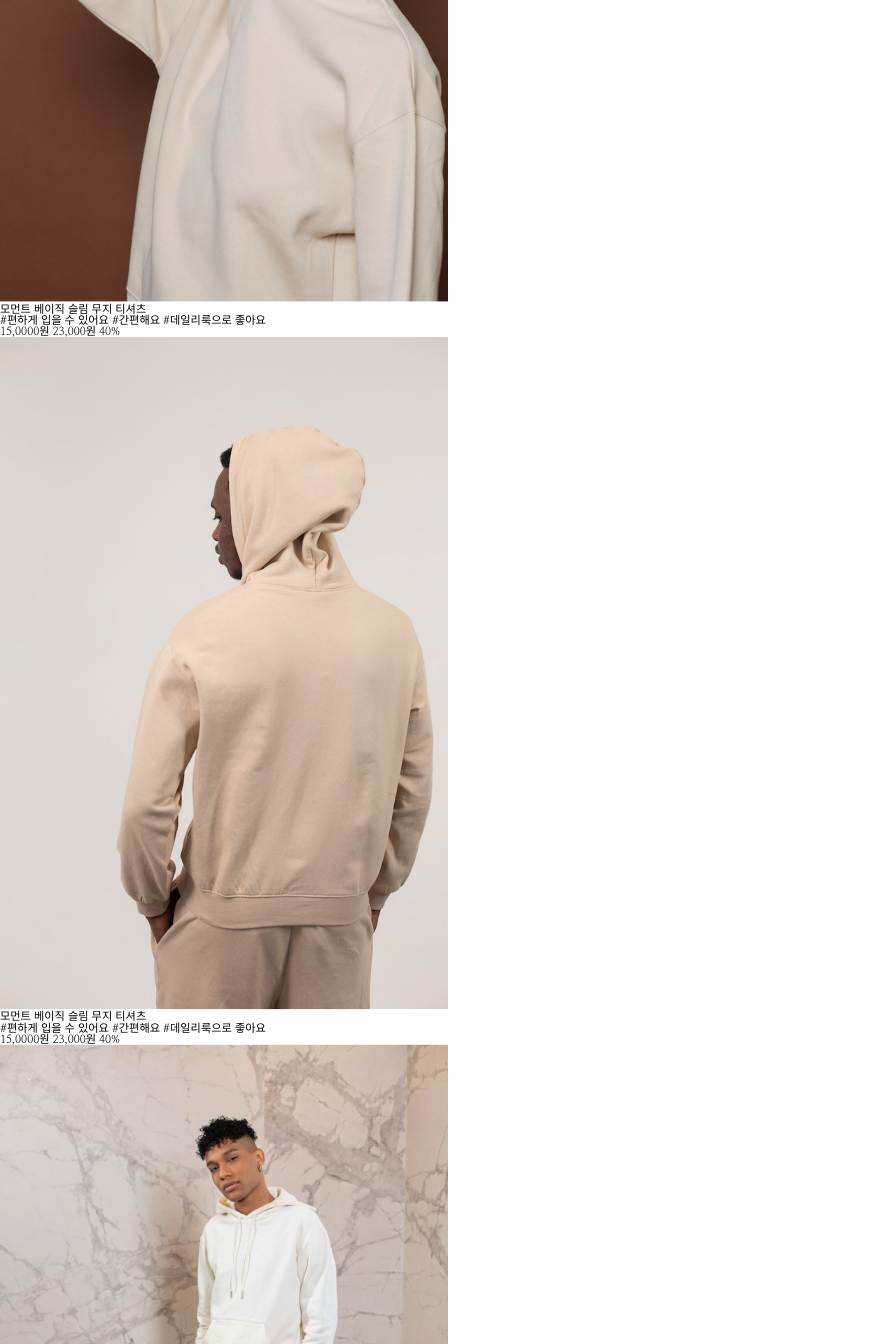
Repository: Iimchaehoon/cafeProject
Page: src/index.html
These files come from the project's save history. The page is drawn as it stood at one moment and after the next save; the edit follows.
The browser window is 1280 px wide. The pictures show the part of the page from y = 1642 to 3562 px (the page is 5156 px tall), at 70% of full size.
Some web libraries are served in a nearby version.

Above is the page before, as saved 2024-07-24 22:02:03.

### src/index.html
<!DOCTYPE html>
<html lang="en">
  <head>
    <meta charset="UTF-8" />
    <meta name="viewport" content="width=device-width, initial-scale=1.0" />
    <link rel="shortcut icon" href="/assets/cafefav.png" type="image/x-icon" />

    <link rel="stylesheet" href="/src/css/pages/main.css" />
    <title>cafe24_clone</title>
    <script
      src="https://kit.fontawesome.com/1e606f2a97.js"
      crossorigin="anonymous"
    ></script>
  </head>
  <body>
    <!--header-->
    <header class="header">
      <div class="header__top">
        <nav class="header__nav-box">
          <ul class="header__list-box">
            <li class="header__content">BRAND</li>
            <li class="header__content">EVENT</li>
            <li class="header__content">LOOKBOOK</li>
            <li class="header__content">COMMUNITY</li>
          </ul>
        </nav>
        <h1 class="header__title">HOON'S SHOP</h1>
        <ul class="header__menu">
          <li class="header__content">
            <i class="fa-solid fa-magnifying-glass fa-lg"></i>
          </li>
          <li class="header__content header__content--badge-price">
            <div class="header__price-badge"><span>+2,000P</span></div>
            <i class="fa-regular fa-user fa-lg"></i>
          </li>
          <li class="header__content header__content--badge-box">
            <div class="header__cart-badge"><span>2</span></div>
            <i class="fa-solid fa-cart-shopping fa-lg"></i>
          </li>
          <li class="header__content">
            <i class="fa-solid fa-bars fa-lg"></i>
          </li>
        </ul>
      </div>

      <div class="header__bottom">
        <ul class="header__category">
          <li class="header__content">BEST</li>
          <li class="header__content">NEW5%</li>
          <li class="header__content">1+1</li>
          <li class="header__content">OUTER</li>
          <li class="header__content">TOP</li>
          <li class="header__content">SHIRTS</li>
          <li class="header__content">DRESS</li>
          <li class="header__content">PANTS</li>
          <li class="header__content">ACC</li>
        </ul>
      </div>
    </header>
    <!-- main  -->
    <main class="main">
      <section class="main__slider">
        <h2 class="main__slider-title">MAN'S CLOTHES</h2>
        <span class="main__slider-btn"
          ><i class="fa-solid fa-chevron-left fa-xl"></i
        ></span>

        <div class="main__slider-container">
          <span class="main__slider-text">STYLE IN EVERY DAY</span>
          <div class="main__slider-image-container">
            <img
              class="main__slider-image"
              src="/assets/main-slider.jpg"
              alt="main-slider_img"
            />
          </div>
          <span class="main__slider-text">FOR SPRING SET-UP</span>
        </div>

        <span class="main__slider-btn"
          ><i class="fa-solid fa-chevron-right fa-xl"></i
        ></span>
        <div class="main__progress-bar">
          <div
            class="main__progress-bar-item main__progress-bar-item--visible"
          ></div>
          <div
            class="main__progress-bar-item main__progress-bar-item--invisible"
          ></div>
          <div
            class="main__progress-bar-item main__progress-bar-item--invisible"
          ></div>
        </div>
      </section>
    </main>
    <!-- section -->
    <section class="main__introduction">
      <div class="main__intro-container-img">
        <img class="main__intro-image" src="/assets/intro-01.jpg" alt="" />
        <div class="main__intro-text-container">
          <h2 class="main__intro-title">OPEN EVENT</h2>
          <span class="main__intro-description">여름옷 30% 할인이벤트</span>
        </div>
      </div>
      <div class="main__intro-container">
        <h2 class="main__intro-title main__intro-title-black">HOON'S SHOP</h2>
        <span class="main__intro-description main__intro-description-black"
          >남자들을 위한 최상의 브랜드샵</span
        >
      </div>
      <div class="main__intro-container-img">
        <img class="main__intro-image" src="/assets/intro-02.jpg" alt="" />

        <div class="main__intro-text-container">
          <h2 class="main__intro-title">가게 위치</h2>
          <span class="main__intro-description"
            >서울시 강서구 양천로 1000길 XX로</span
          >
        </div>
      </div>
      <div class="main__intro-container-img">
        <img class="main__intro-image" src="/assets/intro-03.jpg" alt="" />

        <div class="main__intro-text-container">
          <h2 class="main__intro-title">해시태그</h2>
          <span class="main__intro-description"
            >#남성쇼핑몰 #여름옷 #패션룩</span
          >
        </div>
      </div>
    </section>
    <!-- section2 -->
    <section class="main__month-best">
      <h3 class="main__best-title">Best of the month</h3>
      <span class="main__best-sub-title">이달의 베스트 상품이에요</span>
      <div class="main__best-sub-container">
        <article class="main__best-article">
          <div class="main__article-img-container">
            <img class="main__article-img" src="/assets/best-01.jpg" />
          </div>
          <div class="main__article-container">
            <div
              class="main__article-color-item main__article-color-item--01"
            ></div>
            <div
              class="main__article-color-item main__article-color-item--02"
            ></div>
            <div
              class="main__article-color-item main__article-color-item--03"
            ></div>
            <div
              class="main__article-color-item main__article-color-item--04"
            ></div>
            <div
              class="main__article-color-item main__article-color-item--05"
            ></div>
          </div>
          <div class="main__article-container">
            <h4 class="main__article-product-name">
              모먼트 베이직 슬림 무지 티셔츠
            </h4>
          </div>
          <div class="main__article-container">
            <span class="main__article-product-description">
              #편하게 입을 수 있어요 #간편해요 #데일리룩으로 좋아요
            </span>
          </div>
          <div class="main__article-container">
            <span class="main__article-total-price">15,0000원</span>
            <small class="main__article-previous-price">23,000원</small>
            <span class="main__article-discount-rate">40%</span>
          </div>
        </article>
        <article class="main__best-article">
          <div class="main__article-img-container">
            <img class="main__article-img" src="/assets/best-07.jpg" />
          </div>
          <div class="main__article-container">
            <div
              class="main__article-color-item main__article-color-item--01"
            ></div>
            <div
              class="main__article-color-item main__article-color-item--02"
            ></div>
            <div
              class="main__article-color-item main__article-color-item--03"
            ></div>
            <div
              class="main__article-color-item main__article-color-item--04"
            ></div>
            <div
              class="main__article-color-item main__article-color-item--05"
            ></div>
          </div>
          <div class="main__article-container">
            <h4 class="main__article-product-name">
              모먼트 베이직 슬림 무지 티셔츠
            </h4>
          </div>
          <div class="main__article-container">
            <span class="main__article-product-description">
              #편하게 입을 수 있어요 #간편해요 #데일리룩으로 좋아요
            </span>
          </div>
          <div class="main__article-container">
            <span class="main__article-total-price">15,0000원</span>
            <small class="main__article-previous-price">23,000원</small>
            <span class="main__article-discount-rate">40%</span>
          </div>
        </article>
        <article class="main__best-article">
          <div class="main__article-img-container">
            <img class="main__article-img" src="/assets/best-04.jpg" />
          </div>
          <div class="main__article-container">
            <div
              class="main__article-color-item main__article-color-item--01"
            ></div>
            <div
              class="main__article-color-item main__article-color-item--02"
            ></div>
            <div
              class="main__article-color-item main__article-color-item--03"
            ></div>
            <div
              class="main__article-color-item main__article-color-item--04"
            ></div>
            <div
              class="main__article-color-item main__article-color-item--05"
            ></div>
          </div>
          <div class="main__article-container">
            <h4 class="main__article-product-name">
              모먼트 베이직 슬림 무지 티셔츠
            </h4>
          </div>
          <div class="main__article-container">
            <span class="main__article-product-description">
              #편하게 입을 수 있어요 #간편해요 #데일리룩으로 좋아요
            </span>
          </div>
          <div class="main__article-container">
            <span class="main__article-total-price">15,0000원</span>
            <small class="main__article-previous-price">23,000원</small>
            <span class="main__article-discount-rate">40%</span>
          </div>
        </article>
        <article class="main__best-article">
          <div class="main__article-img-container">
            <img class="main__article-img" src="/assets/best-05.jpg" />
          </div>
          <div class="main__article-container">
            <div
              class="main__article-color-item main__article-color-item--01"
            ></div>
            <div
              class="main__article-color-item main__article-color-item--02"
            ></div>
            <div
              class="main__article-color-item main__article-color-item--03"
            ></div>
            <div
              class="main__article-color-item main__article-color-item--04"
            ></div>
            <div
              class="main__article-color-item main__article-color-item--05"
            ></div>
          </div>
          <div class="main__article-container">
            <h4 class="main__article-product-name">
              모먼트 베이직 슬림 무지 티셔츠
            </h4>
          </div>
          <div class="main__article-container">
            <span class="main__article-product-description">
              #편하게 입을 수 있어요 #간편해요 #데일리룩으로 좋아요
            </span>
          </div>
          <div class="main__article-container">
            <span class="main__article-total-price">15,0000원</span>
            <small class="main__article-previous-price">23,000원</small>
            <span class="main__article-discount-rate">40%</span>
          </div>
        </article>
      </div>
    </section>
  </body>
</html>

### src/css/pages/main.css
@import "../reset.css";
@import "../common.css";
@import "../components/header.css";
@import "../slider.css";
@import "../intro.css";

### src/css/common.css
@import url("https://fonts.googleapis.com/css2?family=Nanum+Gothic&family=Nanum+Myeongjo&display=swap");
body {
  font-family: "Nanum Myeongjo", serif;
  margin: 0;
  padding: 0;
  box-sizing: border-box;
}
ul {
  margin: 0;
}

### src/css/components/header.css
.header {
  height: 20vh;
}
.header__top {
  display: flex;
  justify-content: space-between;
  padding: 20px;
  border-bottom: 1px solid rgba(0, 0, 0, 0.2);
}
.header__nav-box {
  width: 33%;
}
.header__title {
  width: 33%;
  font-size: 35px;
  font-weight: 550;
  text-align: center;
}

.header__list-box {
  display: flex;

  height: 100%;
  align-items: center;
}
.header__menu {
  display: flex;
  align-items: center;
  justify-content: flex-end;

  width: 33%;
}
.header__content {
  margin: 0 20px;
}
/* 아래헤더 */
.header__category {
  display: flex;
  justify-content: center;
  padding: 20px 0;
}
.header__cart-badge {
  background-color: black;
  display: flex;
  justify-content: center;
  align-items: center;
  border-radius: 100%;
  width: 13px;
  height: 13px;
  padding: 2px;
  position: absolute;
  top: -13px;
  right: -13px;
}
.header__content--badge-box {
  position: relative;
}
.header__cart-badge span {
  color: white;
}
.header__content--badge-price {
  position: relative;
}
.header__price-badge {
  background-color: #d5d3cd;
  color: white;
  display: flex;
  justify-content: center;
  align-items: center;
  font-size: 13px;
  border-radius: 5px;
  padding: 2px 4px;
  position: absolute;
  left: 50%;
  transform: translateX(-50%);
  bottom: -20px;
}

### src/css/slider.css
.main__slider {
  display: flex;
  justify-content: space-between;
  align-items: center;
  padding: 30px;
  background-color: #6b6a68;
  position: relative;
  height: 80vh;
  box-sizing: border-box;
}

.main__slider-btn {
  transform: scale(1.5);
  color: white;
}

.main__slider-text {
  color: white;
  font-size: 25px;
  text-shadow: 1px 1px 5px black;
}

.main__slider-container {
  display: flex;
  flex-direction: column;
  align-items: center;
}
.main__slider-image-container {
  width: 300px;
  height: 400px;

  border-top-left-radius: 50%;
  border-top-right-radius: 50%;

  overflow: hidden;
  margin: 15px 0;
}
.main__slider-image {
  width: 100%;
  height: 100%;
  object-fit: cover;
}
.main__slider-title {
  color: white;
  font-weight: 600;
  font-size: 60px;
  text-shadow: 1px 1px 3px black;
  position: absolute;
  top: 50%;
  left: 50%;
  transform: translate(-50%, -50%);
}
.main__progress-bar {
  width: 150px;
  height: 3px;

  position: absolute;
  bottom: 20px;
  left: 50%;
  transform: translateX(-50%);
  display: flex;
}
.main__progress-bar-item {
  height: 100%;
  background-color: white;
  margin: 0 2px;
}
.main__progress-bar-item--visible {
  width: 50%;
}
.main__progress-bar-item--invisible {
  width: 25%;
  opacity: 0.5;
}

### src/css/intro.css
.main__introduction {
  display: flex;
  justify-content: center;
  align-items: center;
  height: 50vh;
}
.main__intro-container-img,
.main__intro-container {
  width: 350px;
  height: 350px;
  overflow: hidden;
  margin: 0 20px;
}
.main__intro-container {
  display: flex;
  flex-direction: column;
  justify-content: center;
  align-items: center;
  background-color: #ebe7df;
}
.main__intro-image {
  width: 100%;
  height: 100%;
  object-fit: cover;
}

.main__intro-container-img {
  position: relative;
}
.main__intro-text-container {
  position: absolute;
  bottom: 20px;
  left: 15px;
}
.main__intro-title {
  color: white;
  font-size: 35px;
  font-weight: 600;
  margin-bottom: 12px;
}
.main__intro-description {
  color: white;
}
.main__intro-title-black {
  color: black;
}
.main__intro-description-black {
  color: black;
}

Loaded but not shown: src/css/reset.css (common file)

After the next save:
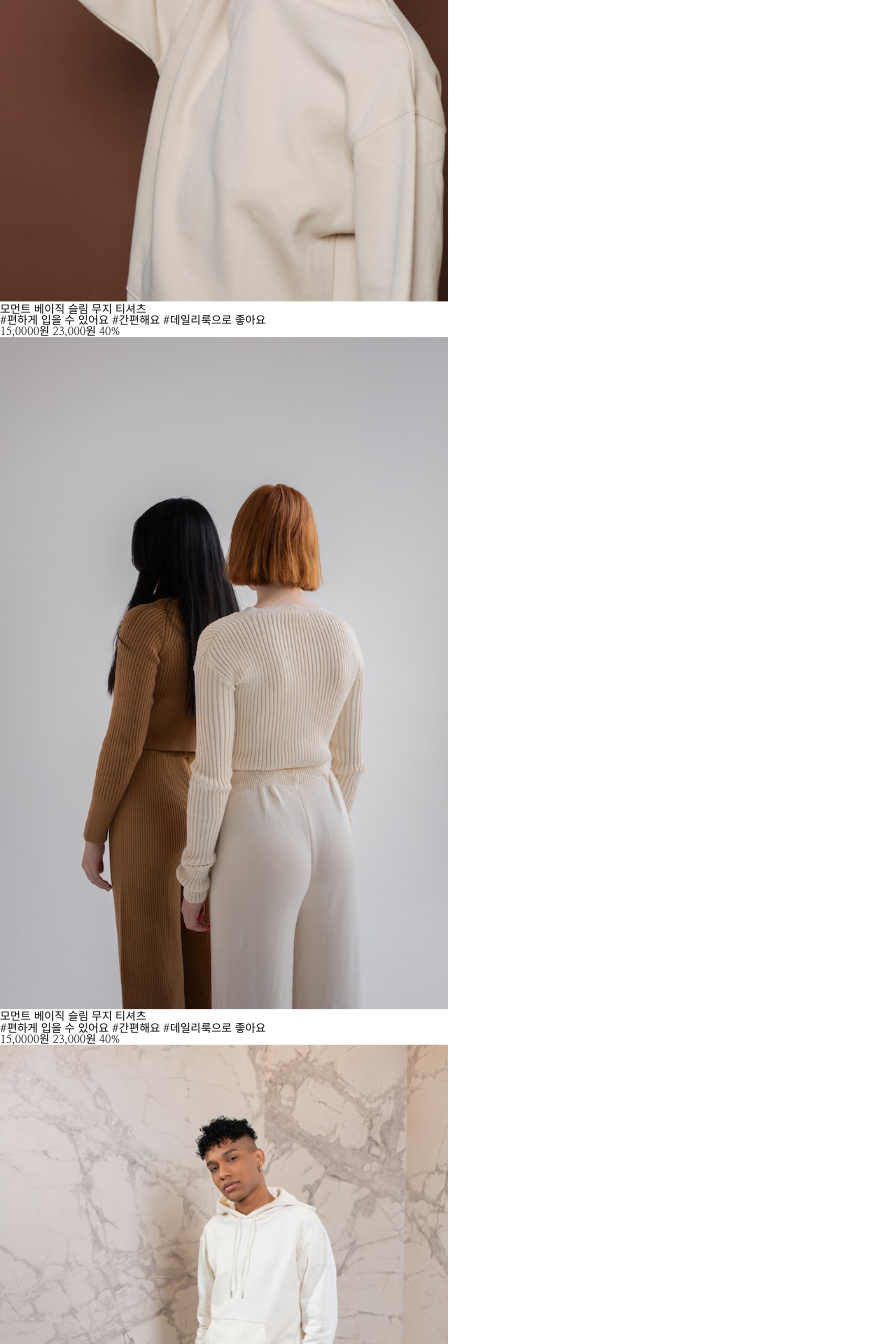
Saved 9 s later.
--- a/src/index.html
+++ b/src/index.html
@@ -173,7 +173,7 @@
         </article>
         <article class="main__best-article">
           <div class="main__article-img-container">
-            <img class="main__article-img" src="/assets/best-07.jpg" />
+            <img class="main__article-img" src="/assets/best-02.jpg" />
           </div>
           <div class="main__article-container">
             <div
